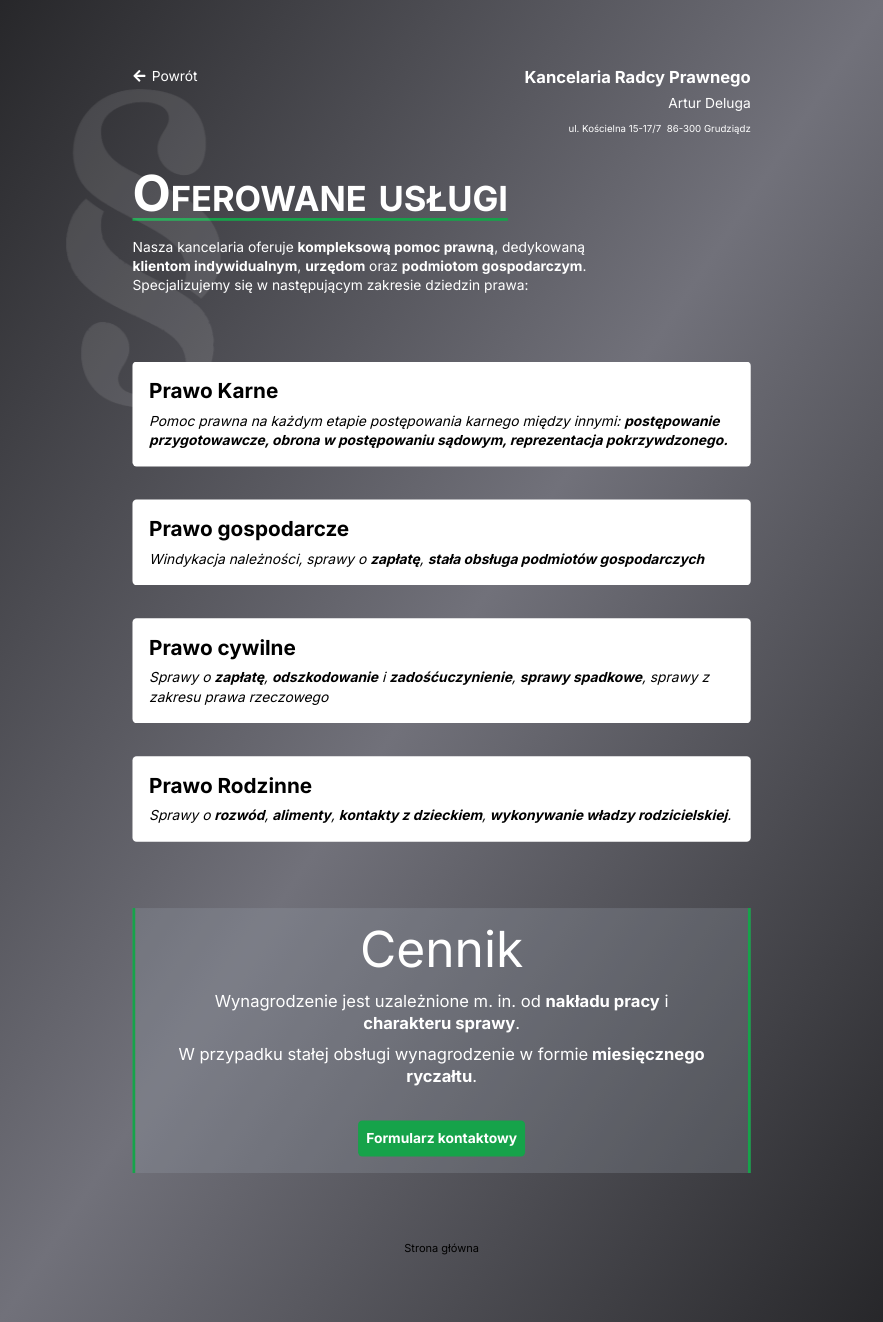
Repository: wesiudev/kancelaria-artur-deluga
Page: /oferta
These files come from the project's save history. The page is drawn as it stood at one moment and after the next save; the edit follows.
The browser window is 1280 px wide. The pictures show the whole page, at 69% of full size.
The project was rebuilt for these pictures with package versions that can differ from the ones it lists, and the page was loaded fresh each time. The framework's server and built-in components were replaced by stand-ins that run in the browser. Also part of the build but not shown: next.config.js.

Above is the page before, as saved 2023-08-09 17:25:56.

### app/layout.tsx
import "./globals.css";
import type { Metadata } from "next";
import { Inter } from "next/font/google";

const inter = Inter({ subsets: ["latin"] });

export const metadata: Metadata = {
  title: "Kancelaria Radcy Prawnego Artur Deluga",
  description:
    "Kancelaria Radcy Prawnego Grudziądz Prawo Karne, Pracwo cywilne, Prawo gospodarcze, Prawo Rodzinne. ul. Kościelna 15-17/7 86-300 Grudziądz. Pomoc prawna na każdym etapie postępowania karnego (postępowanie przygotowawcze, obrona w postępowaniu sądowym, reprezentacja pokrzywdzonego, etc.)",
  viewport: "width=device-width, initial-scale=1",
  icons: {
    icon: "/favicon.png",
  },
};

export default function RootLayout({
  children,
}: {
  children: React.ReactNode;
}) {
  return (
    <html lang="pl" className="scroll-smooth ">
      <body className={inter.className}>{children}</body>
    </html>
  );
}

### app/oferta/page.tsx
"use client";
import Image from "next/image";
import paragraphImage from "@/app/assets/paragraph.png";
import Link from "next/link";
import { FaArrowLeft } from "react-icons/fa";
import { useState } from "react";
const sendContactForm = async (data: any) =>
  fetch("/api/mail", {
    method: "POST",
    body: JSON.stringify(data),
    headers: { "Content-Type": "application/json", Accept: "application/json" },
  }).then((res) => {
    if (!res.ok) throw new Error("Failed to send message");
    return res.json();
  });

export default function OfferMobile() {
  const [isContactOpen, setContactOpen] = useState(false);
  const [firstName, setFirstName] = useState<string>("");
  const [email, setEmail] = useState<string>("");
  const [message, setMessage] = useState<string>("");

  const onSubmit = async () => {
    try {
      await sendContactForm({
        firstName: firstName,
        email: email,
        message: message,
      });
    } catch (error) {}
  };
  return (
    <div className="w-full mx-auto z-[2000] bg-gradient-to-br from-zinc-800 via-zinc-500 to-zinc-800 overflow-x-hidden text-black">
      <Image
        src={paragraphImage}
        alt="Paragraf obrazek w tle"
        width={224}
        height={224}
        className="fixed opacity-10 left-[50%] -translate-x-[50%] lg:-translate-x-0 lg:left-24 top-[50%] -translate-y-[50%]"
      />
      <div className="flex flex-col space-x-[100px] min-h-screen items-center py-24">
        <div className="flex flex-col w-[85vw] lg:w-[70vw] 2xl:w-[60vw] min-h-screen justify-center ">
          <div className="flex flex-col justify-between w-full">
            <div className="flex flex-row justify-between">
              <div className="w-1/2">
                <Link
                  className="group flex flex-row items-center mb-12 text-xl w-max text-white"
                  href="/"
                >
                  <FaArrowLeft className="mr-2 " />
                  <span className="hover:underline hover:underline-offset-4">
                    {" "}
                    Powrót
                  </span>
                </Link>
              </div>
              <div className="text-white">
                <h1 className="text-xl lg:text-2xl text-right sm:text-left font-bold">
                  Kancelaria Radcy Prawnego
                </h1>
                <div className="w-full flex justify-end">
                  <h2 className="text-xl mb-12 lg:mb-0 mt-2">Artur Deluga</h2>
                </div>
                <div
                  className={` flex-row space-x-2 text-sm justify-end mt-3 mb-12 hidden lg:flex`}
                >
                  <div>ul. Kościelna 15-17/7</div>
                  <div>86-300 Grudziądz</div>
                </div>
              </div>
            </div>

            <div className=" rounded-2xl  text-white">
              <div className="w-max">
                <h1 className="w-max text-4xl md:text-5xl lg:text-7xl text-white caps font-bold">
                  Oferowane usługi
                </h1>
                <div className="h-1 w-full mb-6 bg-green-600" />
              </div>

              <h2 className="text-left text-xl w-full lg:w-3/4 ">
                Nasza kancelaria oferuje{" "}
                <span className="font-bold"> kompleksową pomoc prawną</span>,
                dedykowaną{" "}
                <span className="font-bold">klientom indywidualnym</span>,{" "}
                <span className="font-bold">urzędom</span> oraz{" "}
                <span className="font-bold">podmiotom gospodarczym</span>.
                Specjalizujemy się w następującym zakresie dziedzin prawa:
              </h2>
            </div>
          </div>
          <div className="relative text-black flex flex-col space-y-12 mt-24">
            <div className="max-h-[50vh] border-0 hover:scale-105 duration-300 hover:bg-opacity-100 cursor-default  rounded-md bg-white  flex flex-col p-6 justify-between">
              <h1 className="text-xl lg:text-3xl font-bold">Prawo Karne</h1>
              <p className="text-sm sm:text-xl mt-3 italic">
                Pomoc prawna na każdym etapie postępowania karnego między
                innymi:{" "}
                <span className="font-bold">
                  postępowanie przygotowawcze, obrona w postępowaniu sądowym,
                  reprezentacja pokrzywdzonego.
                </span>
              </p>
            </div>
            <div className="max-h-[50vh] border-0 hover:scale-105 duration-300 hover:bg-opacity-100 cursor-default  rounded-md bg-white  flex flex-col justify-between p-6">
              <h1 className="text-xl lg:text-3xl font-bold">
                Prawo gospodarcze
              </h1>
              <p className="text-sm sm:text-xl mt-3 italic">
                Windykacja należności, sprawy o{" "}
                <span className="font-bold">zapłatę</span>,{" "}
                <span className="font-bold">
                  stała obsługa podmiotów gospodarczych
                </span>
              </p>
            </div>

            <div className="max-h-[50vh] border-0 hover:scale-105 duration-300 hover:bg-opacity-100 cursor-default rounded-md bg-white  flex flex-col p-6 justify-between">
              <h1 className="text-xl lg:text-3xl font-bold">Prawo cywilne</h1>
              <p className="text-sm sm:text-xl mt-3 italic">
                Sprawy o <span className="font-bold">zapłatę</span>,{" "}
                <span className="font-bold">odszkodowanie</span> i{" "}
                <span className="font-bold">zadośćuczynienie</span>,{" "}
                <span className="font-bold">sprawy spadkowe</span>, sprawy z
                zakresu prawa rzeczowego
              </p>
            </div>
            <div className="max-h-[50vh] border-0 hover:scale-105 duration-300 hover:bg-opacity-100 cursor-default rounded-md  bg-white  flex flex-col p-6 justify-between">
              <h1 className="text-xl lg:text-3xl font-bold">Prawo Rodzinne</h1>
              <p className="text-sm sm:text-xl mt-3 italic">
                Sprawy o <span className="font-bold">rozwód</span>,{" "}
                <span className="font-bold">alimenty</span>,{" "}
                <span className="font-bold">kontakty z dzieckiem</span>,{" "}
                <span className="font-bold">
                  wykonywanie władzy rodzicielskiej
                </span>
                .
              </p>
            </div>
          </div>
          <div className="text-white flex flex-col h-max my-auto px-3 lg:px-12  text-center relative w-full mt-12  lg:mx-auto lg:mt-24 border-l-4 border-r-4 border-green-600 py-3 lg:py-6 bg-gray-400 bg-opacity-25">
            <h1 className="text-5xl lg:text-7xl ">Cennik</h1>
            <p className="mt-6 text-base lg:text-2xl">
              Wynagrodzenie jest uzależnione m. in. od{" "}
              <span className="font-bold"> nakładu pracy</span> i{" "}
              <span className="font-bold">charakteru sprawy</span>.
            </p>
            <p className="mt-3 text-sm lg:text-2xl">
              W przypadku stałej obsługi wynagrodzenie w formie
              <span className="font-bold"> miesięcznego ryczałtu</span>.
            </p>
            <button
              onClick={() => setContactOpen(true)}
              className=" p-3 bg-green-600 hover:bg-green-500 duration-300 mt-12 w-max mx-auto  text-xl text-white font-bold rounded-md"
            >
              Formularz kontaktowy
            </button>
          </div>
          <div
            className={`bg-gray-400 rounded-full flex-row space-x-2 text-sm justify-center mt-24 flex lg:hidden z-[1000]`}
          >
            <div>ul. Kościelna 15-17/7</div>
            <div>86-300 Grudziądz</div>
          </div>
          <Link
            href="/"
            className="mx-auto w-max mt-24 hover:bg-gray-400 rounded-sm"
          >
            Strona główna
          </Link>
        </div>
      </div>
      <div
        className={`w-[80vw] fixed left-[50%] -translate-x-[50%] top-[50%] -translate-y-[50%] bg-gradient-to-bl from-black to-zinc-800 lg:w-max h-max px-12 rounded-3xl py-6 duration-300 ${
          isContactOpen ? "z-[2000] opacity-100" : "z-[-1000] opacity-0"
        }`}
      >
        <h1 className="text-3xl text-center">Kontakt</h1>

        <div className="flex flex-col space-y-3 mt-6 lg:mt-12">
          <div className="flex flex-col lg:flex-row lg:space-x-3">
            <div className="flex flex-col">
              Imię{" "}
              <input
                onChange={(e) => setFirstName(e.target.value)}
                value={firstName}
                id="fName"
                type="text"
                className="mt-2 text-black"
              />
            </div>
            <div className="flex flex-col mt-3 lg:mt-0">
              Email{" "}
              <input
                onChange={(e) => setEmail(e.target.value)}
                value={email}
                type="text"
                className="mt-2 text-black"
              />
            </div>
          </div>
          <div className="flex flex-col mt-2">
            Treść{" "}
            <textarea
              onChange={(e) => setMessage(e.target.value)}
              value={message}
              className="h-full resize-none text-black"
            ></textarea>
          </div>
        </div>
        <div className="w-full flex space-x-3">
          <button
            onClick={() => setContactOpen(false)}
            className="w-1/2 hover:underline py-2 mt-8"
          >
            Powrót
          </button>
          <button
            onClick={onSubmit}
            className="w-1/2 bg-purple-400 hover:bg-purple-300 duration-300 py-2 mt-8"
          >
            Wyślij
          </button>
        </div>
      </div>
    </div>
  );
}

### app/globals.css
@tailwind base;
@tailwind components;
@tailwind utilities;

:root {
  --foreground-rgb: 0, 0, 0;
  --background-start-rgb: 214, 219, 220;
  --background-end-rgb: 255, 255, 255;
}

@media (prefers-color-scheme: dark) {
  :root {
    --foreground-rgb: 255, 255, 255;
    --background-start-rgb: 0, 0, 0;
    --background-end-rgb: 0, 0, 0;
  }
}

body {
  color: rgb(var(--foreground-rgb));
  background: linear-gradient(
      to bottom,
      transparent,
      rgb(var(--background-end-rgb))
    )
    rgb(var(--background-start-rgb));
}

.expand {
  position: relative;
  text-decoration: none;
  display: inline-block;
}
.expand:after {
  display: block;
  content: "";
  border-bottom: solid 3px white;
  transform: scaleX(0);
  transition: transform 250ms ease-in-out;
  transform-origin: 100% 50%;
}
.expand:hover:after {
  transform: scaleX(1);
  transform-origin: 0 50%;
}

.caps {
  font-variant: small-caps;
}
html {
  scroll-behavior: smooth;
  color: #1a1a1a;
}

Loaded but not shown: tailwind.config.js (common file)

After the next save:
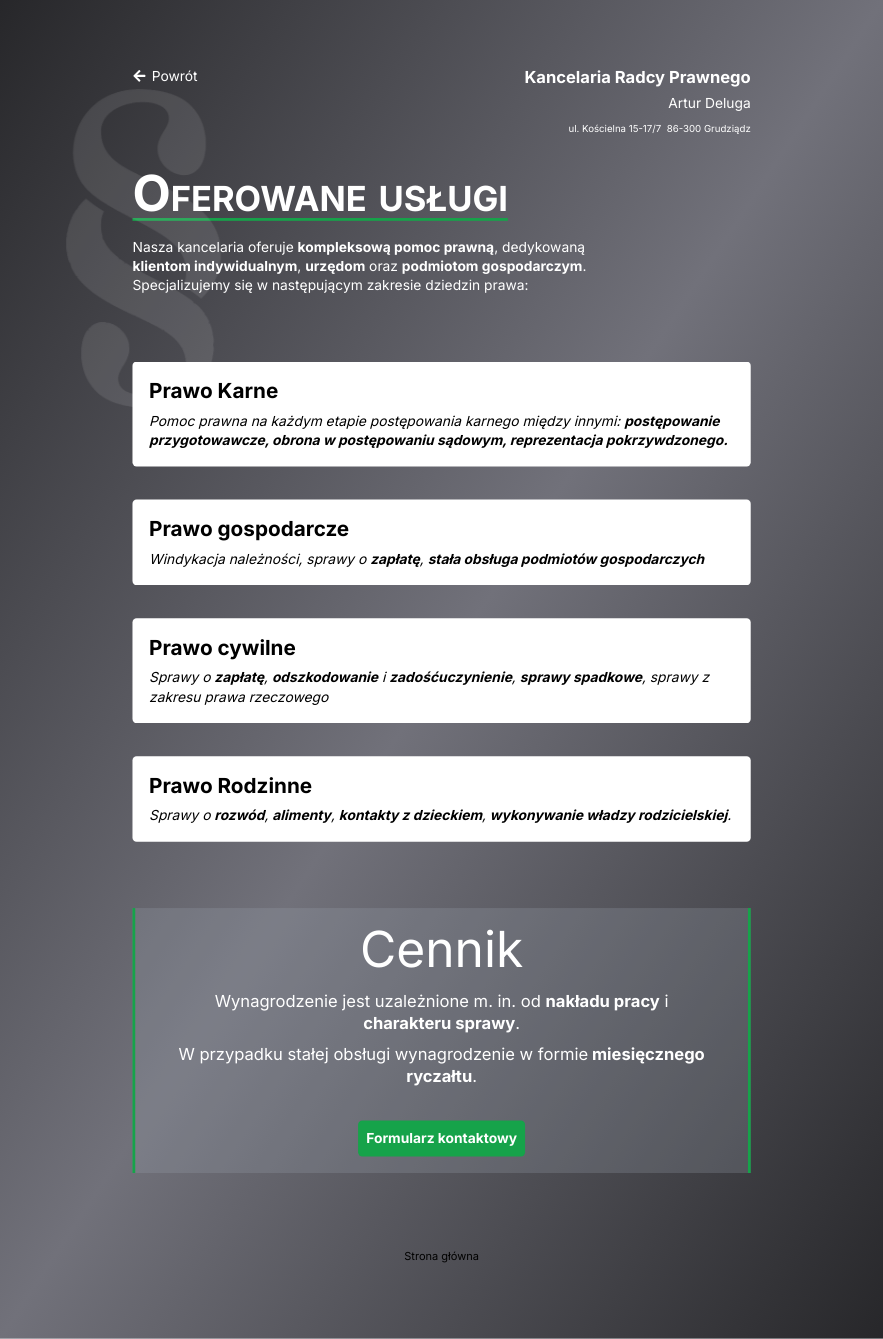
Saved 7 s later.
--- a/app/oferta/page.tsx
+++ b/app/oferta/page.tsx
@@ -163,7 +163,7 @@ export default function OfferMobile() {
           </div>
           <Link
             href="/"
-            className="mx-auto w-max mt-24 hover:bg-gray-400 rounded-sm"
+            className="mx-auto w-max mt-24 hover:bg-gray-400 rounded-md p-3"
           >
             Strona główna
           </Link>
